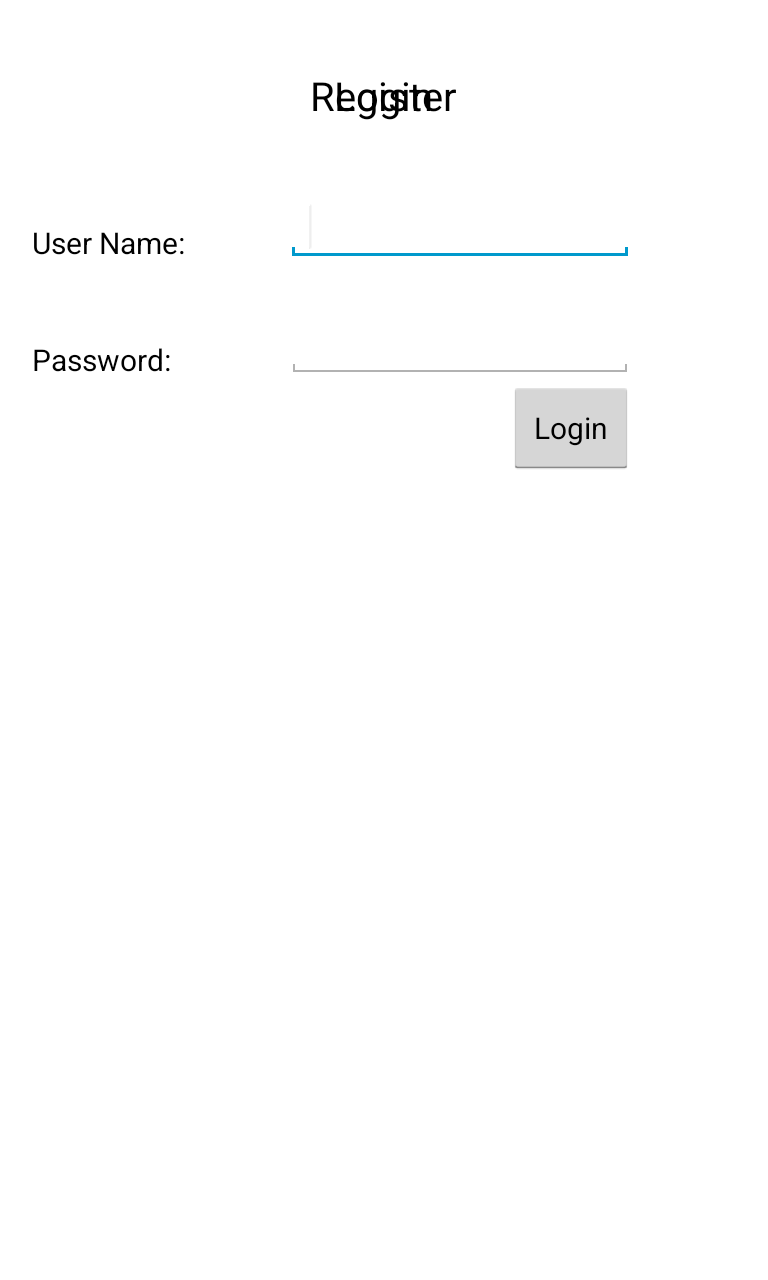
Repository: chrisberry/WebAPIWithAndroidUI
Layout: PeopleAPIAndroid/PeopleAPI/res/layout/login_main.xml
An editor plug-in stored every save of this project. The layout is shown before and after the next save, followed by the edit.
It is drawn on a 768 x 1280 px phone screen (xhdpi) without system bars, with theme AppTheme; the app's code is not run.

Above is the layout before, as saved 2014-02-11 19:08:16.

### PeopleAPIAndroid/PeopleAPI/res/layout/login_main.xml
<RelativeLayout xmlns:android="http://schemas.android.com/apk/res/android"
    xmlns:tools="http://schemas.android.com/tools"
    android:layout_width="match_parent"
    android:layout_height="match_parent"
    android:onClick="editActions"
    android:paddingBottom="@dimen/activity_vertical_margin"
    android:paddingLeft="@dimen/activity_horizontal_margin"
    android:paddingRight="@dimen/activity_horizontal_margin"
    android:paddingTop="@dimen/activity_vertical_margin"
    tools:context=".LoginMainActivity" >

    <TextView
        android:id="@+id/textView1"
        android:layout_width="wrap_content"
        android:layout_height="wrap_content"
        android:layout_alignParentTop="true"
        android:layout_centerHorizontal="true"
        android:layout_marginTop="18dp"
        android:text="@string/login_tile"
        android:textSize="20sp"
        android:textAppearance="?android:attr/textAppearanceLarge" />

    <TextView
        android:id="@+id/textHeader"
        android:layout_width="wrap_content"
        android:layout_height="wrap_content"
        android:layout_alignParentTop="true"
        android:layout_centerHorizontal="true"
        android:layout_marginTop="18dp"
        android:text="@string/register_tile"
        android:textAppearance="?android:attr/textAppearanceLarge"
        android:textSize="20sp" />

    <TextView
        android:id="@+id/txtUserName"
        android:layout_width="wrap_content"
        android:layout_height="wrap_content"
        android:layout_alignParentLeft="true"
        android:layout_below="@+id/textHeader"
        android:layout_marginTop="50dp"
        android:text="@string/username"
        android:textAppearance="?android:attr/textAppearanceMedium" />

    <EditText
        android:id="@+id/editUserName"
        android:layout_width="wrap_content"
        android:layout_height="wrap_content"
        android:layout_alignBottom="@+id/txtUserName"
        android:layout_marginLeft="50dp"
        android:layout_toRightOf="@+id/txtUserName"
        android:ems="10" >

        <requestFocus />
    </EditText>

    <TextView
        android:id="@+id/txtPassword"
        android:layout_width="wrap_content"
        android:layout_height="wrap_content"
        android:layout_alignLeft="@+id/txtUserName"
        android:layout_below="@+id/txtUserName"
        android:layout_marginTop="38dp"
        android:text="@string/password"
        android:textAppearance="?android:attr/textAppearanceMedium" />

    <EditText
        android:id="@+id/editPassword"
        android:layout_width="wrap_content"
        android:layout_height="wrap_content"
        android:layout_alignBottom="@+id/txtPassword"
        android:layout_alignLeft="@+id/editUserName"
        android:ems="10"
        android:inputType="textPassword" />

    <Button
        android:id="@+id/button1"
        android:layout_width="wrap_content"
        android:layout_height="wrap_content"
        android:layout_alignRight="@+id/editPassword"
        android:layout_below="@+id/editPassword"
        android:onClick="login"
        android:text="@string/login" />

</RelativeLayout>

### PeopleAPIAndroid/PeopleAPI/res/values/styles.xml
<resources>

    <!--
        Base application theme, dependent on API level. This theme is replaced
        by AppBaseTheme from res/values-vXX/styles.xml on newer devices.


    -->
    <style name="AppBaseTheme" parent="android:Theme.Light">
        <!--
            Theme customizations available in newer API levels can go in
            res/values-vXX/styles.xml, while customizations related to
            backward-compatibility can go here.


        -->
    </style>

    <!-- Application theme. -->
    <style name="AppTheme" parent="AppBaseTheme">
        <!-- All customizations that are NOT specific to a particular API-level can go here. -->
        <item name="android:textSize">15sp</item>
		 <item name="android:layout_width">fill_parent</item>
        <item name="android:layout_height">wrap_content</item>
        <item name="android:typeface">sans</item>
    </style>

    <style name="CodeFont" parent="@android:style/TextAppearance.Medium">
        <item name="android:layout_width">fill_parent</item>
        <item name="android:layout_height">wrap_content</item>
        <item name="android:textColor">#006699</item>
        <item name="android:typeface">sans</item>
    </style>

</resources>

### PeopleAPIAndroid/PeopleAPI/res/values/strings.xml
<?xml version="1.0" encoding="utf-8"?>
<resources>
    <string name="app_name">People API</string>
    <string name="action_settings">Settings</string>
    <string name="hello_world">Hello world!</string>
    <string name="login_tile">Login</string>
    <string name="register_tile">Register</string>
    <string name="register_prompt">No Account? Register here!</string>
    <string name="password">Password:</string>
    <string name="confirm_password">Confirm Password:</string>
    <string name="login">Login</string>
    <string name="register">Register</string>
    <string name="username">User Name:</string>
</resources>

Loaded but not shown: PeopleAPIAndroid/PeopleAPI/res/values-v11/styles.xml (common file); PeopleAPIAndroid/PeopleAPI/res/values-v14/styles.xml (common file); PeopleAPIAndroid/PeopleAPI/res/values/dimens.xml (common file)

After the next save:
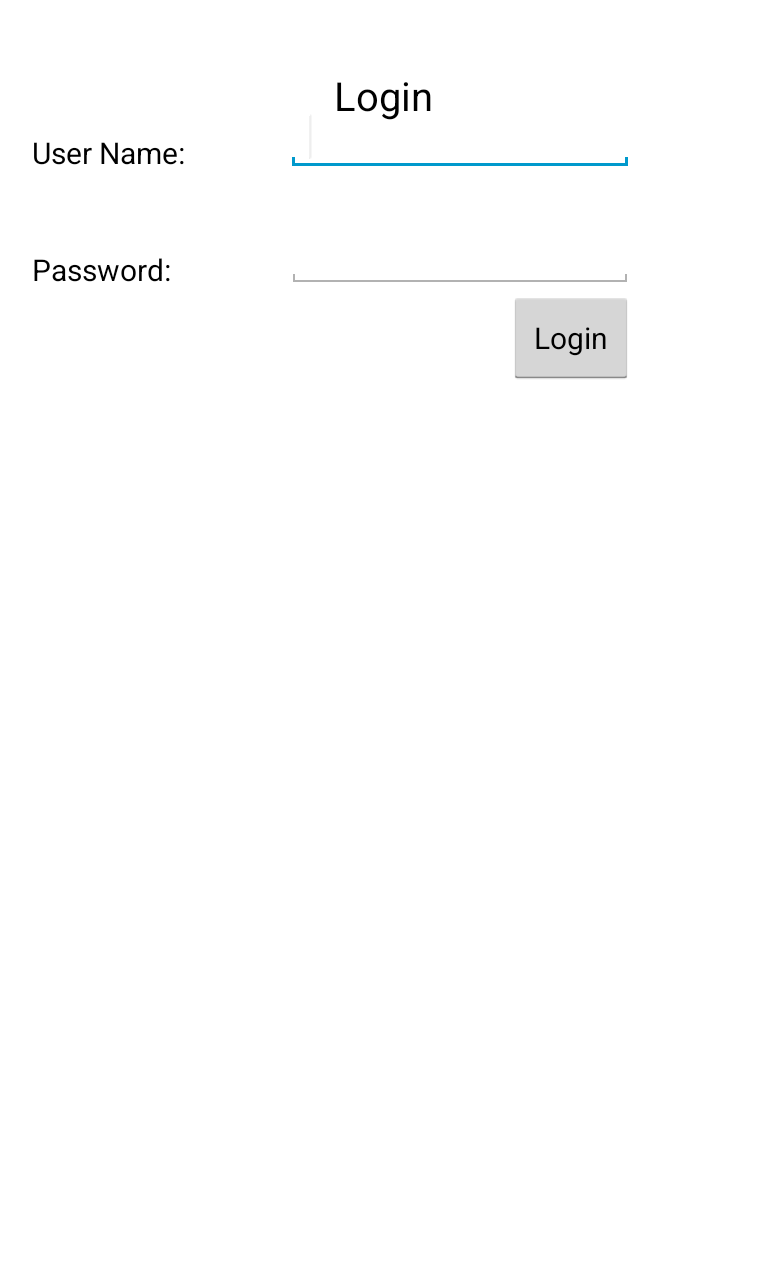
Saved 29 s later.
--- a/PeopleAPIAndroid/PeopleAPI/res/layout/login_main.xml
+++ b/PeopleAPIAndroid/PeopleAPI/res/layout/login_main.xml
@@ -19,17 +19,6 @@
         android:text="@string/login_tile"
         android:textSize="20sp"
         android:textAppearance="?android:attr/textAppearanceLarge" />
-
-    <TextView
-        android:id="@+id/textHeader"
-        android:layout_width="wrap_content"
-        android:layout_height="wrap_content"
-        android:layout_alignParentTop="true"
-        android:layout_centerHorizontal="true"
-        android:layout_marginTop="18dp"
-        android:text="@string/register_tile"
-        android:textAppearance="?android:attr/textAppearanceLarge"
-        android:textSize="20sp" />
 
     <TextView
         android:id="@+id/txtUserName"

After the save that followed:
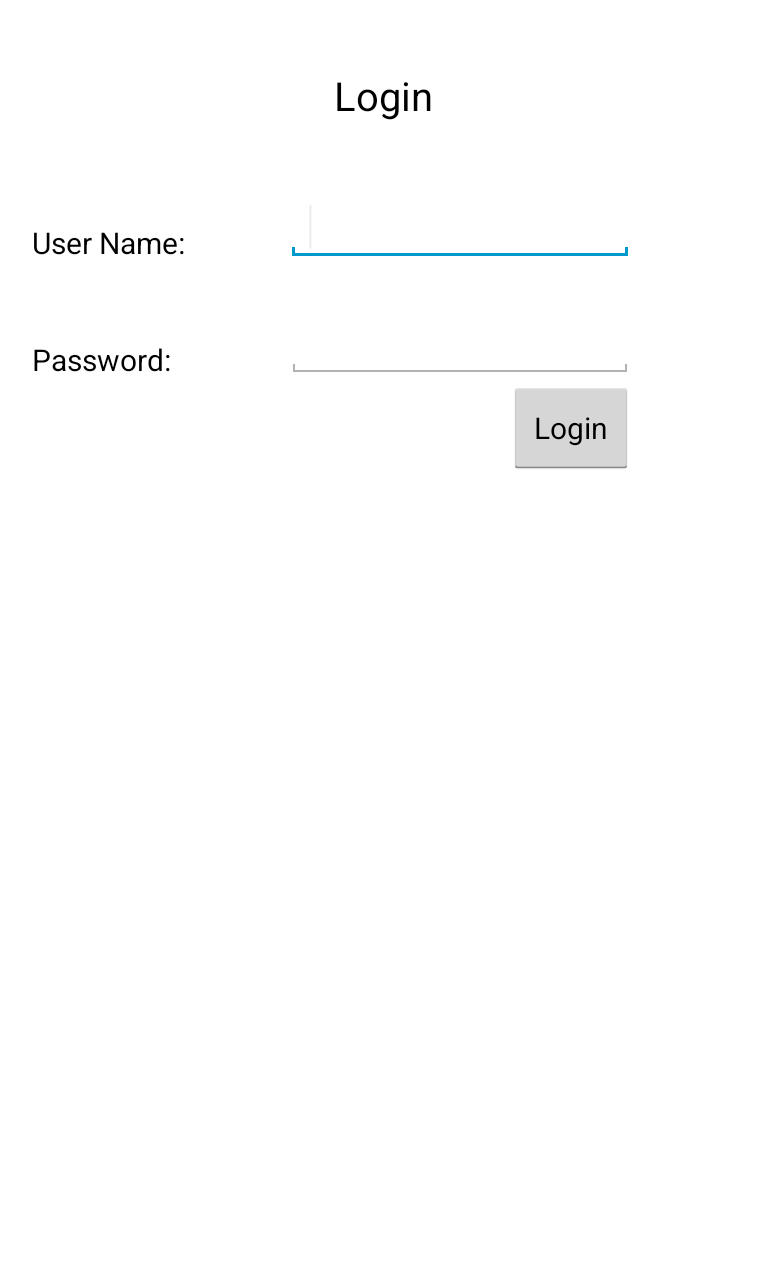
Saved 19 s later.
--- a/PeopleAPIAndroid/PeopleAPI/res/layout/login_main.xml
+++ b/PeopleAPIAndroid/PeopleAPI/res/layout/login_main.xml
@@ -9,16 +9,17 @@
     android:paddingTop="@dimen/activity_vertical_margin"
     tools:context=".LoginMainActivity" >
 
+
     <TextView
-        android:id="@+id/textView1"
+        android:id="@+id/textHeader"
         android:layout_width="wrap_content"
         android:layout_height="wrap_content"
         android:layout_alignParentTop="true"
         android:layout_centerHorizontal="true"
         android:layout_marginTop="18dp"
         android:text="@string/login_tile"
-        android:textSize="20sp"
-        android:textAppearance="?android:attr/textAppearanceLarge" />
+        android:textAppearance="?android:attr/textAppearanceLarge"
+        android:textSize="20sp" />
 
     <TextView
         android:id="@+id/txtUserName"
